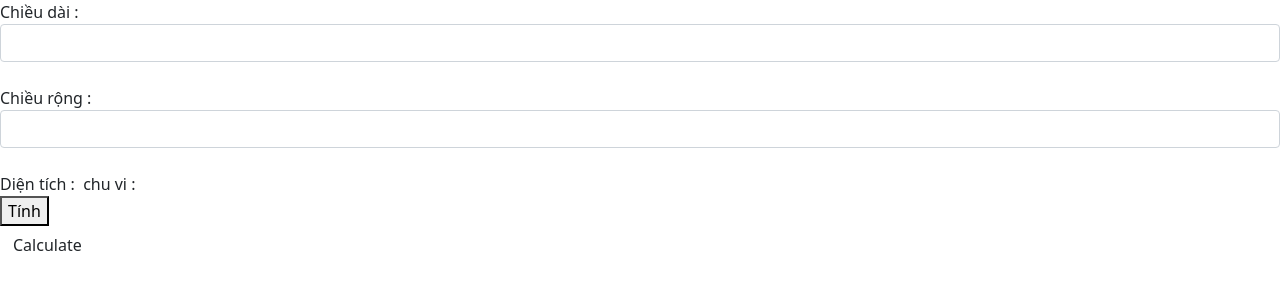
Repository: OanhBuonNgu/Lab4_AngularJS
Page: lab4.4.html
An editor plug-in stored every save of this project. The page is shown before and after the next save, followed by the edit.
The browser window is 1280 px wide. The pictures show the whole page.

Above is the page before, as saved 2022-07-22 12:39:11.

After the next save:
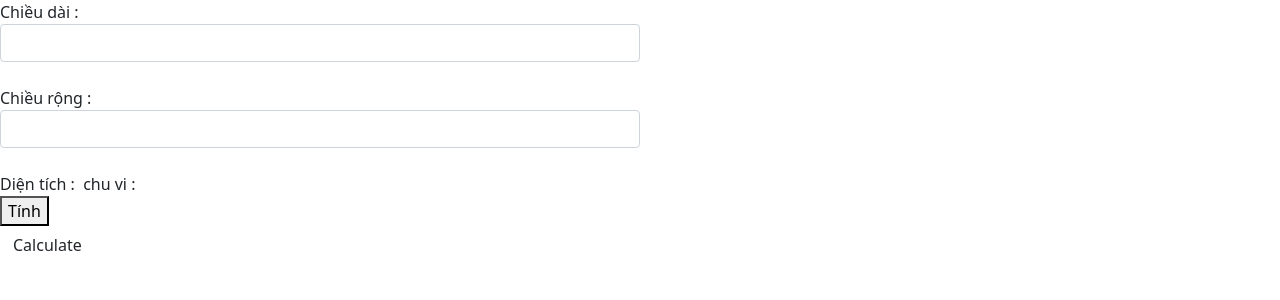
Saved 26 s later.
--- a/lab4.4.html
+++ b/lab4.4.html
@@ -10,7 +10,7 @@
     <script src="https://cdn.jsdelivr.net/npm/bootstrap@5.0.2/dist/js/bootstrap.bundle.min.js" integrity="sha384-MrcW6ZMFYlzcLA8Nl+NtUVF0sA7MsXsP1UyJoMp4YLEuNSfAP+JcXn/tWtIaxVXM" crossorigin="anonymous"></script>
 </head>
 
-<body ng-app="myApp">
+<body ng-app="myApp" class="col-6">
     <div ng-controller="info">
         <form action="">
             Chiều dài :

After the 3 saves that followed:
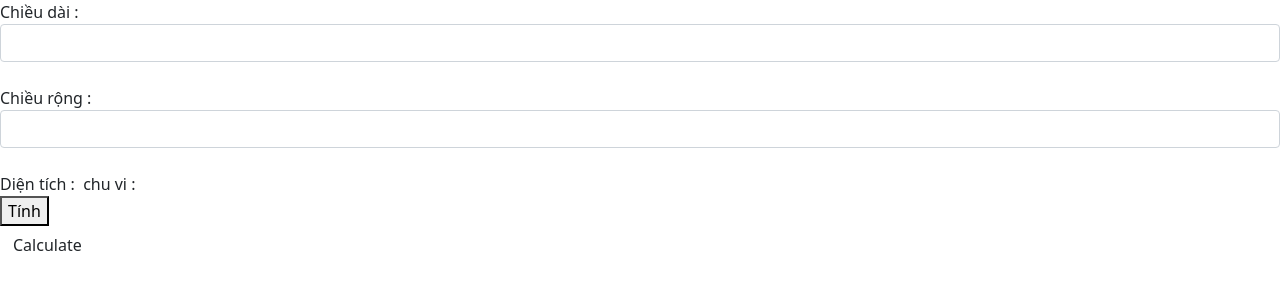
The 3 saves are shown as one change because 2 left the picture as it was.
The last was saved 39 s later.
--- a/lab4.4.html
+++ b/lab4.4.html
@@ -10,7 +10,7 @@
     <script src="https://cdn.jsdelivr.net/npm/bootstrap@5.0.2/dist/js/bootstrap.bundle.min.js" integrity="sha384-MrcW6ZMFYlzcLA8Nl+NtUVF0sA7MsXsP1UyJoMp4YLEuNSfAP+JcXn/tWtIaxVXM" crossorigin="anonymous"></script>
 </head>
 
-<body ng-app="myApp" class="col-6">
+<body ng-app="myApp">
     <div ng-controller="info">
         <form action="">
             Chiều dài :
